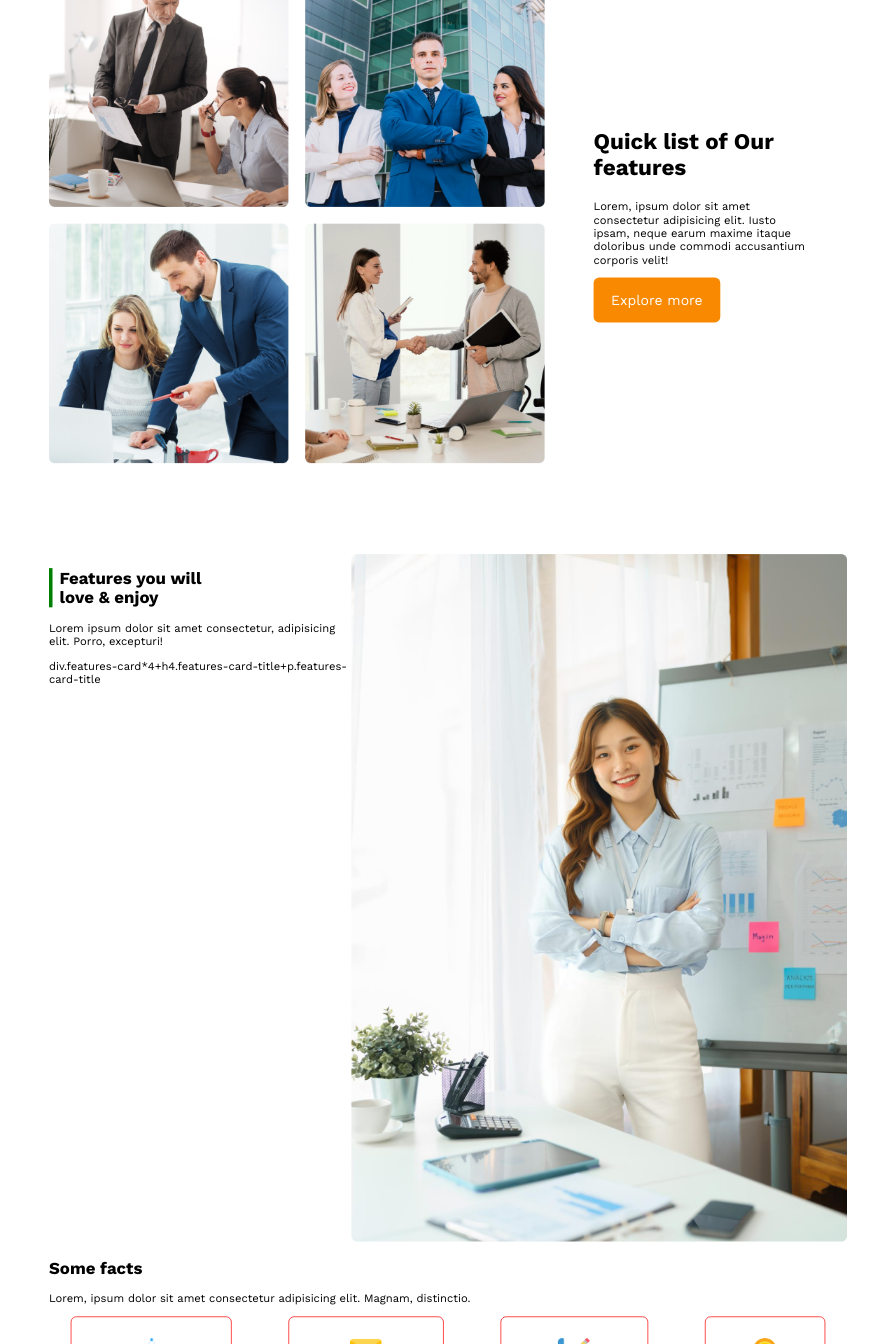
Repository: RudrasahaDibos/architects-resources
Page: index.html
An editor plug-in stored every save of this project. The page is shown before and after a run of saves, followed by the edit.
The browser window is 1280 px wide. The pictures show the part of the page from y = 1171 to 3091 px (the page is 3611 px tall), at 70% of full size.

Above is the page before, as saved 2024-10-07 21:59:25.

After the next 2 saves:
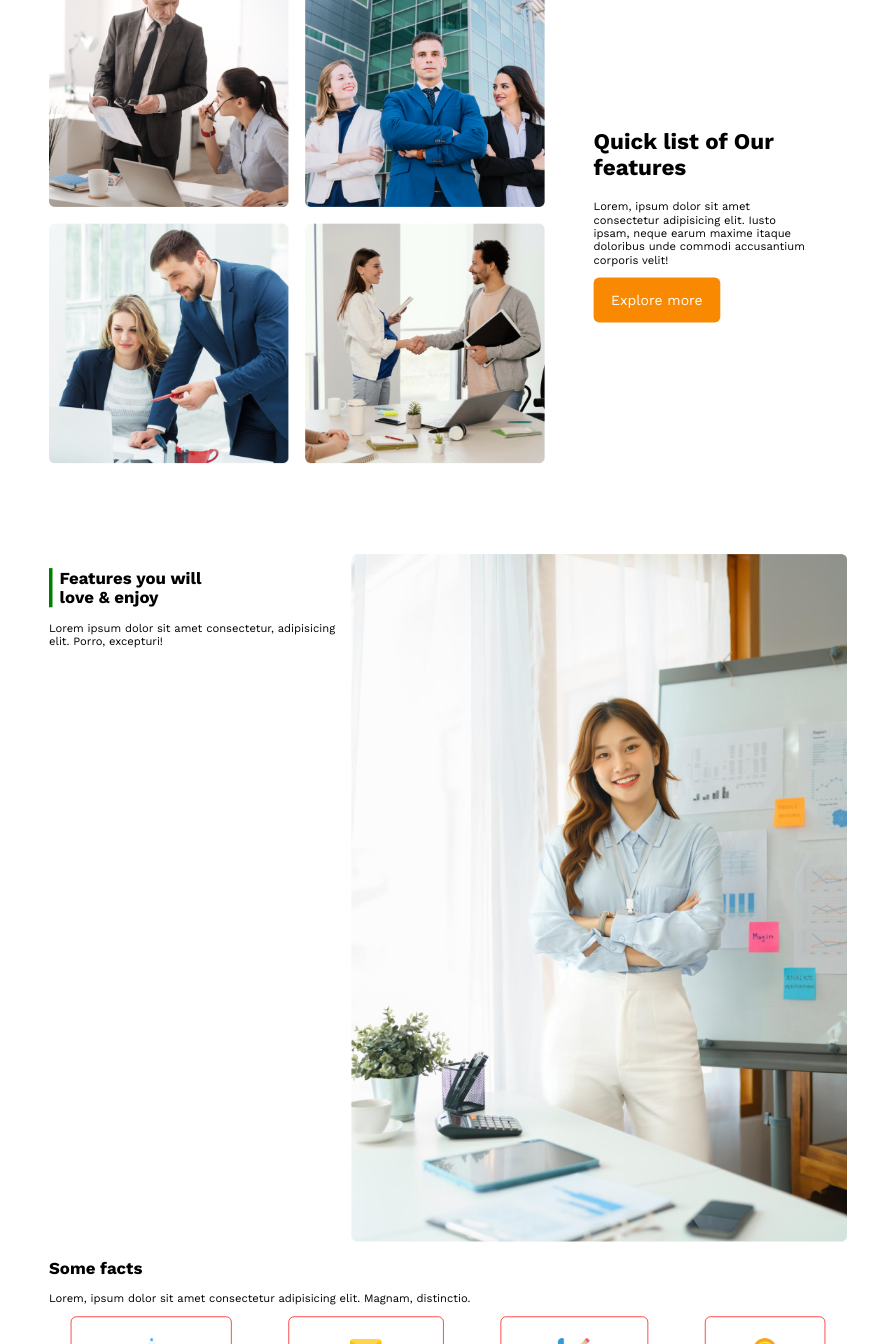
The 2 saves are shown as one change because they came seconds apart.
The last was saved 9 s later.
--- a/index.html
+++ b/index.html
@@ -48,7 +48,12 @@
                 <div class="features-content">
                   <h1 class="features-title">Features you will <br> love & enjoy</h1>
                   <p class="features-discription">Lorem ipsum dolor sit amet consectetur, adipisicing elit. Porro, excepturi!</p>
-                  div.features-card*4+h4.features-card-title+p.features-card-title
+                  <div class="features-card"></div>
+                  <div class="features-card"></div>
+                  <div class="features-card"></div>
+                  <div class="features-card"></div>
+                  <h4 class="features-card-title"></h4>
+                  <p class="features-card-discription"></p>
               </div>
               <div>
                    <img src="images/architect.png" alt="">
